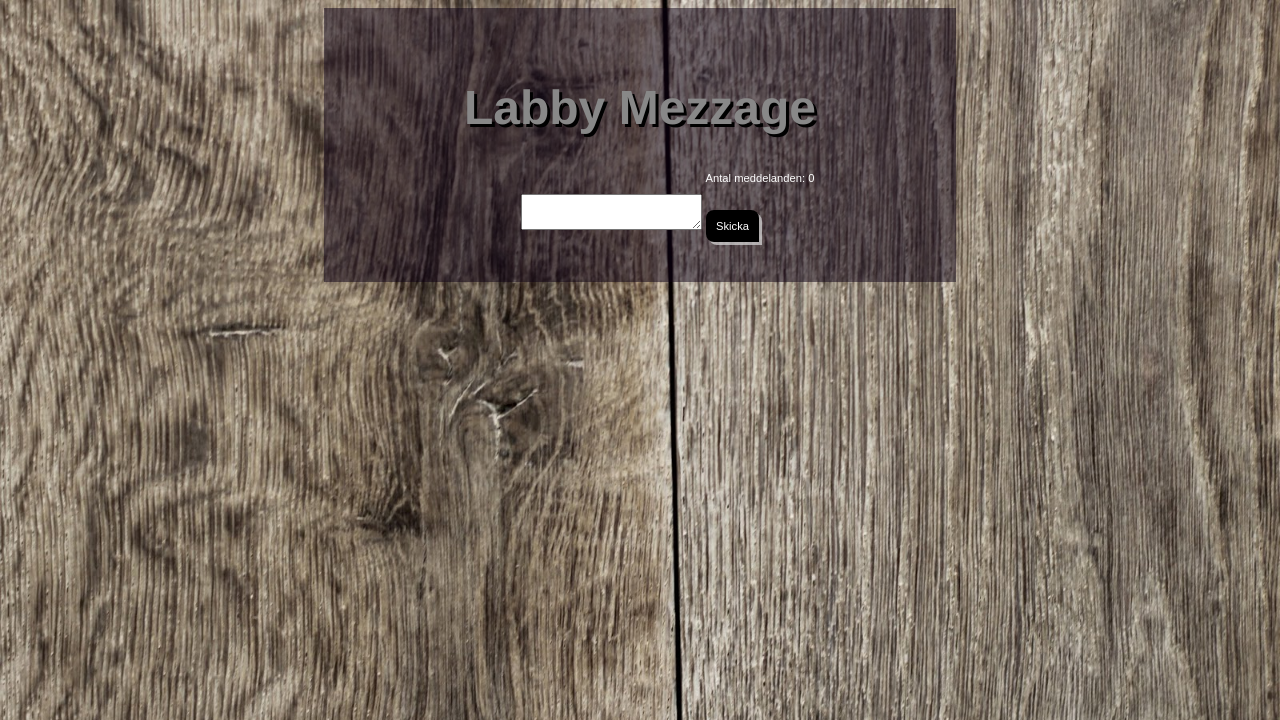
Repository: JeAut/1dv403-laborationer
Page: 2-labbymezzage/index.html
The author's editor kept a record of every edit. The page is drawn from the files as they stood at one moment, then again after the next edit.
The browser window is 1280 px wide. The pictures show the whole page.

Above is the page before.

### 2-labbymezzage/index.html
<!doctype html>
<html lang = "sv">
    <head>
        <meta charset="utf-8" />
        <meta name="viewport" content="width=device-width, initial-scale=1.0" />
        <title>Labby Mezzage</title>

        <link rel="stylesheet" href="style.css" type='text/css'>
        <link href='http://fonts.googleapis.com/css?family=Dosis:400,500' rel='stylesheet' type='text/css'>

        <script src="mainscript.js"></script>
        <script src="message.js"></script>

    </head>

    <body>

        <div id="container">
            <header>
                <h1>Labby Mezzage</h1>
            </header>

            <main>
                <div id="messages"></div>
                <div id="counter"></div>
                <textarea id="textbox"></textarea>
                <input id="button" type="submit" value="Skicka" />
            </main>
        </div>

    </body>
</html>

### 2-labbymezzage/style.css



#container {
    display:block;
    height:1000%;
    padding:40px;

    margin-left:25%;
    margin-right:25%;
    text-align:center;
    background-color: rgba(12, 0, 20, 0.5);
}

#body {
    width:960px;
    margin: 0 auto;
}

body {
    background-image:url(wood.jpg);
    -webkit-background-size: cover;
    -moz-background-size: cover;
    -o-background-size: cover;
    background-size: cover;
}

h1 {
    color: #888;
    font-family: proxima-nova-1, proxima-nova-2, 'Helvetica Neue', Arial, sans-serif;
    font-size: 48px;
    font-weight: bold;
    text-shadow: #000 3px 3px;
}
}

#textbox {
    resize:none;
    box-sizing:border-box;
    width: 60%;
    overflow:auto;
    height:70px;
    padding:10px;
    margin-bottom:5px;
    border-width:1px;
    border-color:rgb(200, 200, 200);
    border-style:solid;
    border-radius:10px 10px 0px 10px;
    box-shadow:3px 3px 0px rgba(220, 220, 220, 0.7);
    background-color:rgba(240, 240, 240, 0.5);
}

#button {
    float:none;
    padding:10px;
    border-radius:8px 8px 0px 8px;
    border:none;
    color:#FFF;
    background-color:#000;
    box-shadow:3px 3px 0px rgba(220, 220, 220, 0.7);
    font-size:0.7em;
}

.messagetime {
    margin-right: 4px;
    margin-left: 8px;

}

.removemessage {
    margin-left:200px;
}

#counter {
    float:none;
    padding-right:10px;
    padding-top:5px;
    padding-bottom:5px;
}

#counter, .datetext {
    font-family:Arial, sans-serif;
    font-size:0.7em;
    margin-left:250px;
    margin-bottom:5px;
    color:#fff;
}

.message {
    border-width:1px;
    border-color:#fff;
    border-style:solid;
    border-radius:10px;
    width:60%;
    overflow:auto;
    margin-left:121px;
    box-shadow:3px 3px 0px rgba(220, 220, 220, 0.7);
    background-color:rgba(240, 240, 240, 0.5);
}

.messagetext {
    font-family:Arial, sans-serif;
    color:#fff;
    font-size:0.9em;
}

.datetext {
    color:#000;
    margin-left:1px;
}

### 2-labbymezzage/mainscript.js
"use strict";

var mezzageApp = {

    messages: [],

    init: function(e){

        var button = document.querySelector("#button");
        var textarea = document.getElementById("textbox");
        document.getElementById("counter").innerHTML = "Antal meddelanden: 0";

        button.onclick = function(){
            mezzageApp.createMessage(textarea);
        };

        textarea.onkeypress = function(e){
            if(e.keyCode == 13 && !e.shiftKey){
                    e.preventDefault();
                    mezzageApp.createMessage(textarea);
            }
        };

    },

    createMessage: function(textarea){
        var message = textarea.value;

        if(message === ""){
            alert ("Du måste skriva in minst ett tecken.");
        }

        else if(message !== ""){

            var mess = new Message(message, new Date());
            mezzageApp.messages.push(mess);

            mezzageApp.renderMessages(mezzageApp.messages[mezzageApp.messages.length-1]);
        }
    },


    renderMessages: function(){

        document.getElementById("messages").innerHTML = "";
        var textbox = document.querySelector("#textbox");



        for (var i = 0; i < mezzageApp.messages.length; ++i){
            mezzageApp.renderMessage(i);
            textbox.value = "";
        }
            mezzageApp.countMessages(i);

    },

    countMessages: function(count){

        var counter = count-1;
        counter++;

        var counterText;
        counterText = document.getElementById("counter").innerHTML = "Antal meddelanden: " + counter;

    },


    renderMessage: function(messageID){

        var myMessages = document.getElementById("messages");

        var oneMessage = document.createElement("div");
        oneMessage.className = "message";

        var text = document.createElement("p");
        text.className = "messagetext";
        text.innerHTML = mezzageApp.messages[messageID].getHTMLText();

        var date = document.createElement("footer");
        date.className = "datetext";
        date.innerHTML = mezzageApp.messages[messageID].getDateText();

        var icons = document.createElement("div");
        icons.className = "icons";

        var removeMessage = document.createElement("img");
        removeMessage.className = "removemessage";
        removeMessage.setAttribute("src", "delete.png");
        removeMessage.setAttribute("alt", "Radera meddelandet");

        var aRemoveMessage = document.createElement("a");
        aRemoveMessage.setAttribute("href", "#");

        aRemoveMessage.appendChild(removeMessage);

        var messageTime = document.createElement("img");
        messageTime.className = "messagetime";
        messageTime.setAttribute("src", "clock.png");
        messageTime.setAttribute("alt", "När skapades meddelandet?");

        var aMessageTime = document.createElement("a");
        aMessageTime.setAttribute("href", "#");

        aMessageTime.appendChild(messageTime);

        icons.appendChild(aMessageTime);
        icons.appendChild(aRemoveMessage);

        oneMessage.appendChild(text);
        oneMessage.appendChild(icons);
        oneMessage.appendChild(date);

        myMessages.appendChild(oneMessage);

        aRemoveMessage.onclick = function(){
            mezzageApp.removeActualMessage(messageID);
        };

        aMessageTime.onclick = function(){
            mezzageApp.messageTimeCreated(messageID);
        };
    },

    messageTimeCreated: function(time){
            var months = ["januari", "februari", "mars", "april", "maj", "juni", "juli", "augusti", "september", "oktober", "november", "december"];
            var monthNumber = mezzageApp.messages[time].getDate().getMonth();
            var month = months[monthNumber];
            var d = mezzageApp.messages[time].getDate();
            alert("Inlägget skapades den " + d.getDate() + " " + month + " " + d.getFullYear() + " klockan " + mezzageApp.messages[time].getDateText());
    },

    removeActualMessage: function(removedMessage){
            var control = confirm("Är du säker på att du vill ta bort meddelandet?");
            if(control === true){
            mezzageApp.messages.splice(removedMessage, 1);
            mezzageApp.renderMessages();
        }
    },

};

window.onload = mezzageApp.init;

### 2-labbymezzage/message.js
"use strict";
/* Message constructor */

function Message(message, date){

    this.getText = function(){
        return message;
    };

    this.setText = function(_text){
        message = _text;
    };

    this.getDate = function(){
        return date;
    };

    this.setDate = function(_date){
        date = _date;
    };
}

Message.prototype.toString = function(){
    // Returnerar objektet som en sträng
    return (this.getText() + " (" + this.getDate() + ")");
};

Message.prototype.getHTMLText = function(){
    // Hämtar texten med \n utbytt mot <br/>
    var text = this.getText().replace(/\n/g, "<br />");
    return text;
};

Message.prototype.getDateText = function(){

    var d = this.getDate();
    var h = addZeroToDate(d.getHours());
    var m = addZeroToDate(d.getMinutes());
    var s = addZeroToDate(d.getSeconds());
    var dateText = h + ":" + m + ":" + s;
    return dateText;
};

function addZeroToDate (i){
    if (i < 10){
        i = "0" + i;
    }
    return i;
}

After the next edit:
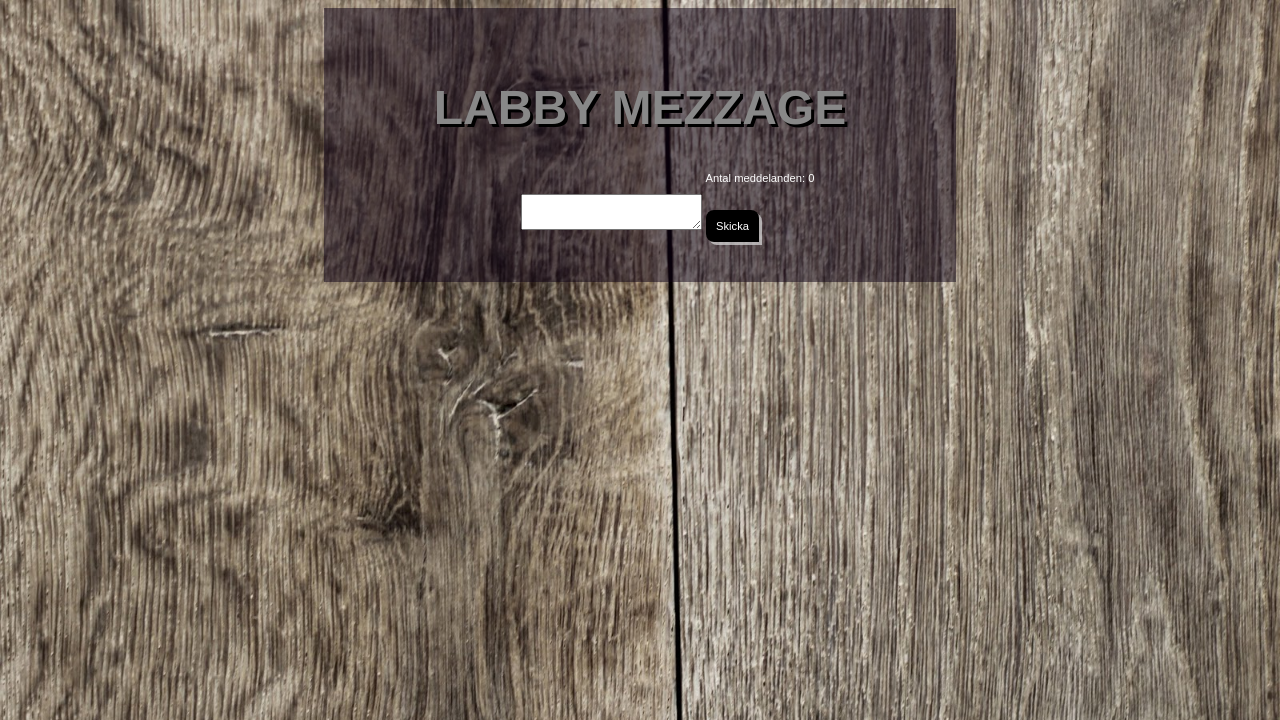
The edit:
--- a/2-labbymezzage/index.html
+++ b/2-labbymezzage/index.html
@@ -17,7 +17,7 @@
 
         <div id="container">
             <header>
-                <h1>Labby Mezzage</h1>
+                <h1>LABBY MEZZAGE</h1>
             </header>
 
             <main>
